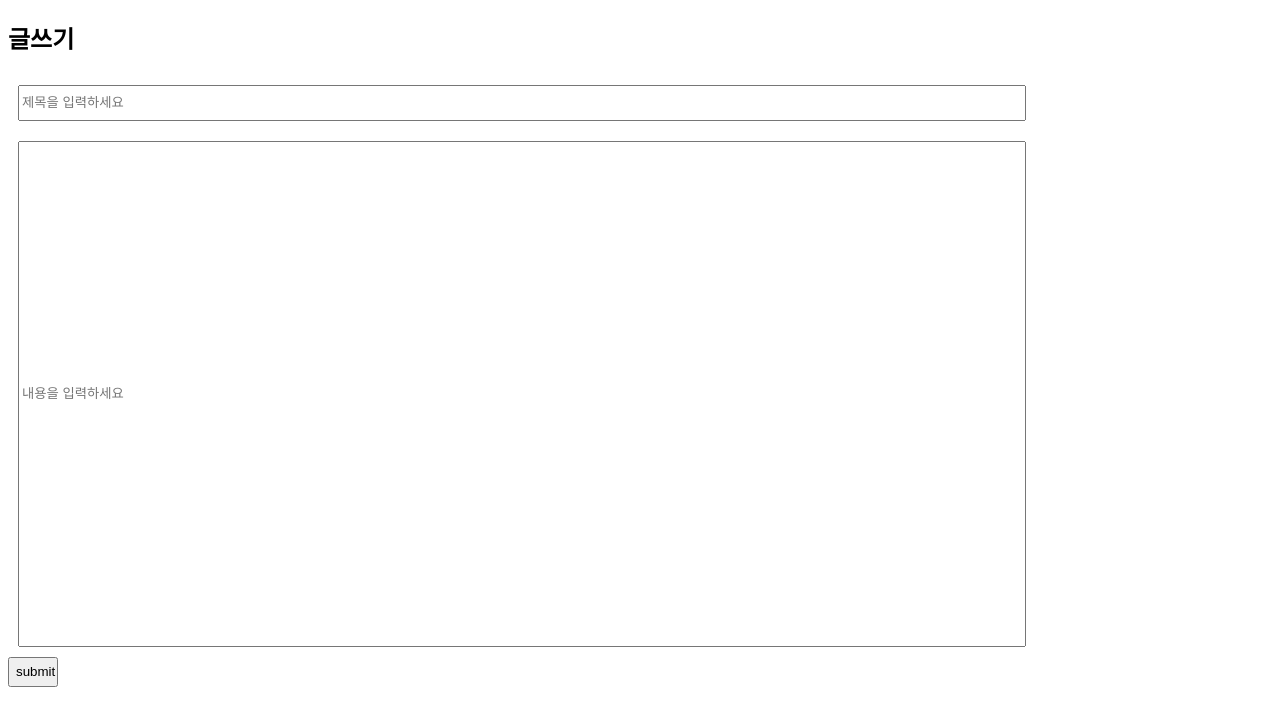
Repository: Jadedvst/Java_JSP-Servlet
Page: http://localhost/MustHaveJSP/08Board/InsertBoardForm.jsp
These files come from the project's save history. The page is drawn as it stood at one moment and after the next save; the edit follows.
The browser window is 1280 px wide. The pictures show the whole page.
The page is served by Tomcat 10.

Above is the page before, as saved 2023-12-14 07:29:30.

After the next save:
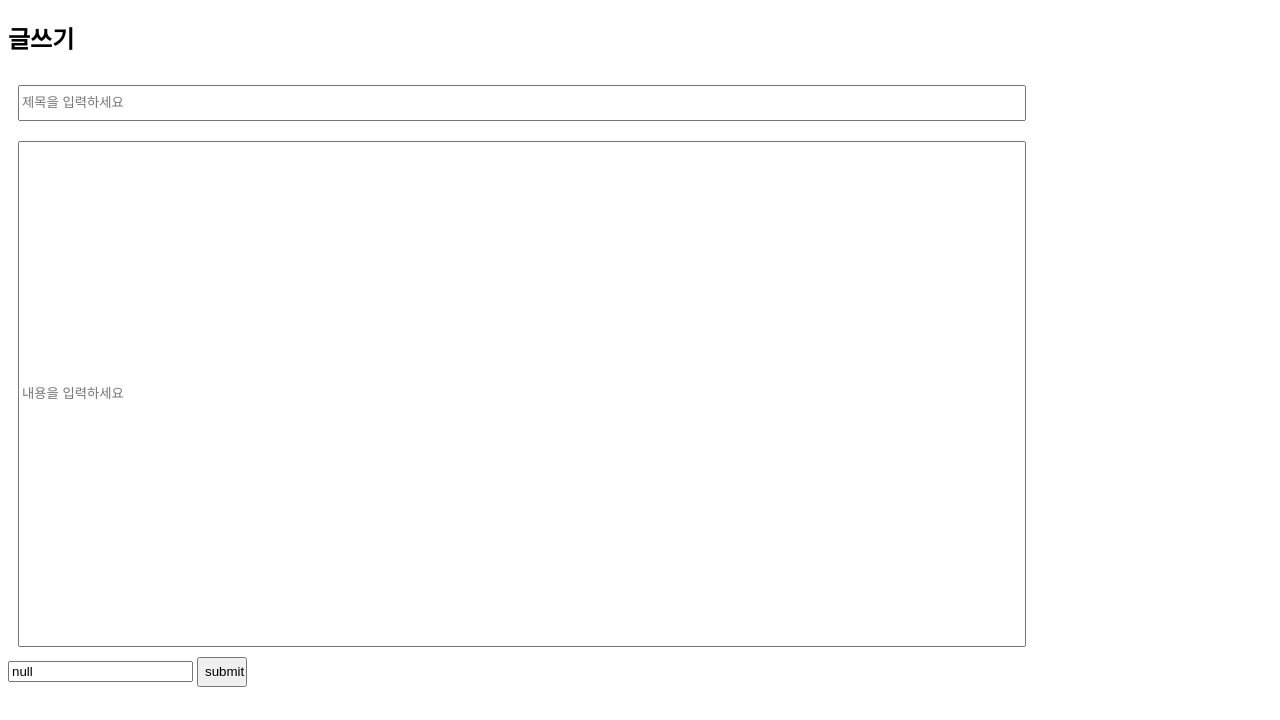
Saved 11 min 3 s later.
--- a/MustHaveJSP/src/main/webapp/08Board/InsertBoardForm.jsp
+++ b/MustHaveJSP/src/main/webapp/08Board/InsertBoardForm.jsp
@@ -26,8 +26,11 @@ height:30px;
 <h2>글쓰기</h2>
 
 	<%
+	String id=null;
 	String LoginErr = request.getParameter("loginErr");
 	if(LoginErr!= null) out.print("Not logged in: "+LoginErr);
+	String LoginId = request.getParameter("loginId");
+	if(LoginId!= null) id=LoginId;
 	%>
 	<script>
 		function validateForm(form){
@@ -39,10 +42,10 @@ height:30px;
 				alert("content please");
 				return false;
 			}
-			/* if(LoginErr!= null){
+			if(LoginErr!= null){
 				alert("login please");
 				return false;
-			} */
+			}
 		}
 	</script>
 <form action="./InsertBoardProcess.jsp" method="post" name="onBoard"
@@ -50,6 +53,7 @@ height:30px;
 	<div id="board">
 	<input type="text" id="title" name="title" placeholder="제목을 입력하세요"><br/>
 	<input type="text" id="content" name="content" placeholder="내용을 입력하세요"><br/>
+	<input type="text" id="id" name="id" value=<%=id%> readOnly>
 	<input type="submit" id="bt"value="submit"><br/>
 	</div>
 </form>
